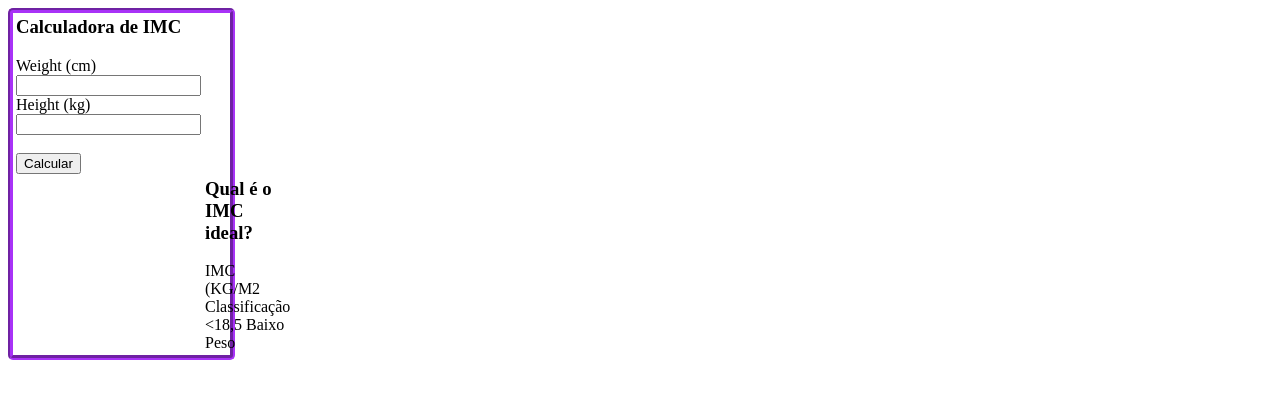
Repository: Patriciamativi/Projetos
Page: index.html
The author's editor kept a copy of each file at every save. The page is drawn from the files as they stood at one save, then again after the next save.
The browser window is 1280 px wide. The pictures show the whole page.

Above is the page before, as saved 2022-11-21 15:17:06.

After the next save:
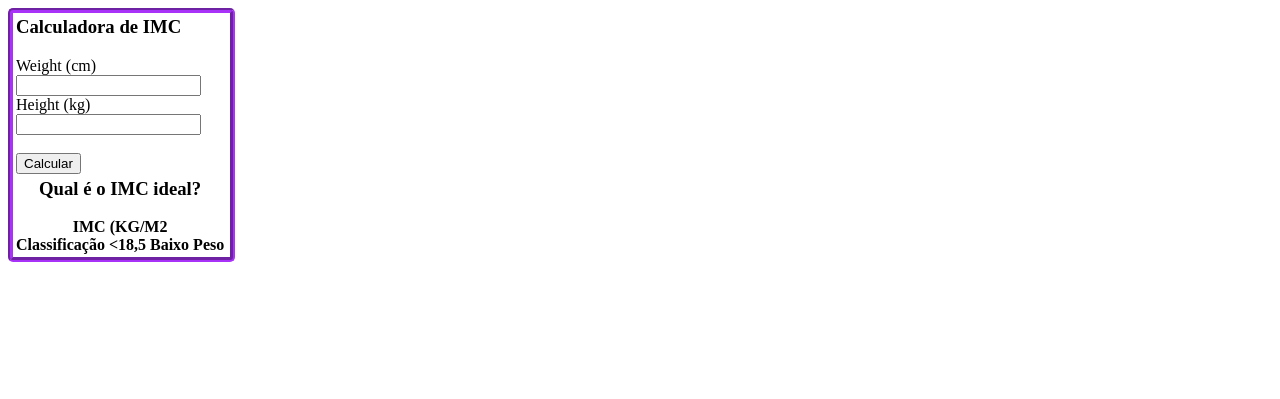
Saved 5 s later.
--- a/index.html
+++ b/index.html
@@ -31,7 +31,7 @@
 
             <input type= "submit" value="Calcular"> </td> </tr>
           <th>
-                <td> <h3>Qual é o IMC ideal?</h3>
+                <h3>Qual é o IMC ideal?</h3>
 
                 IMC (KG/M2<br/>  Classificação
                 <18,5            Baixo Peso
